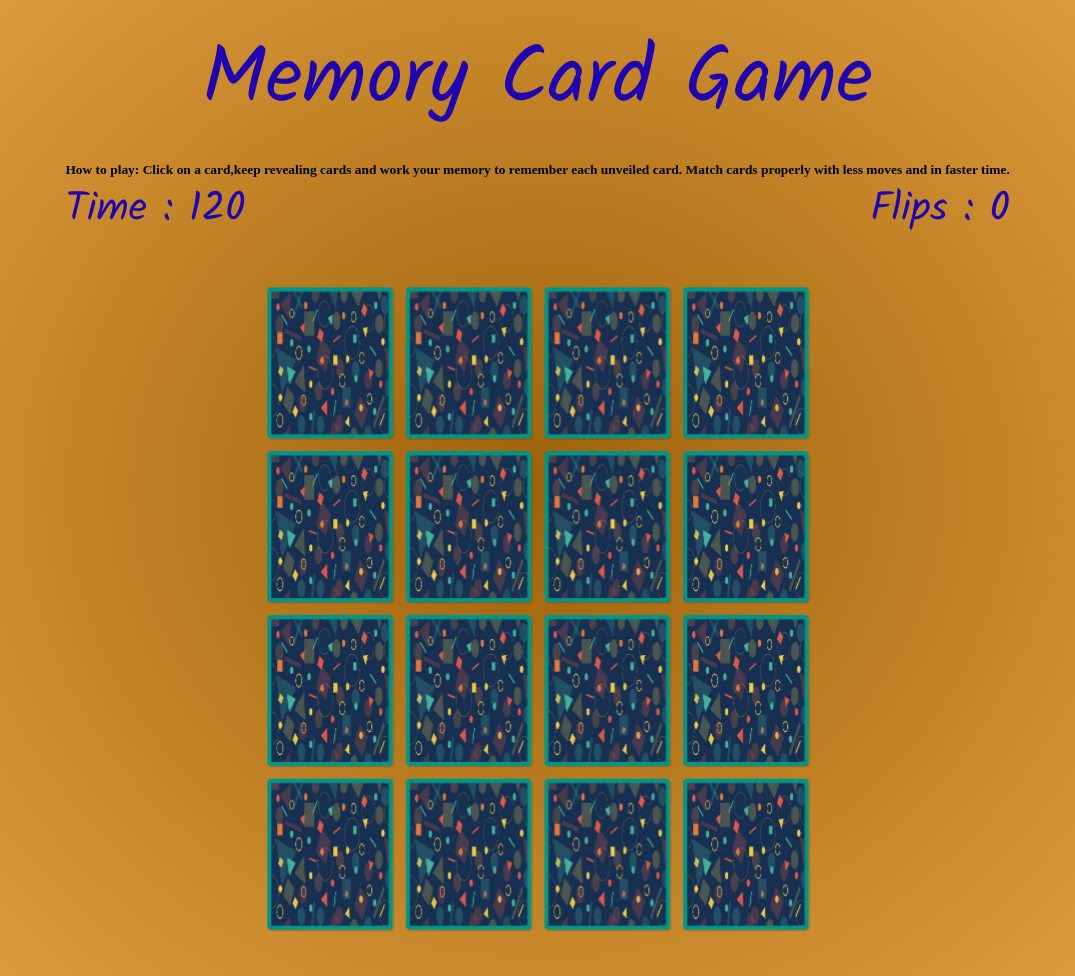
Repository: claudiadanaila1/Project-2--Interactive-FrontEnd---Memory-game
Page: index.html
The author's editor kept a record of every edit. The page is drawn from the files as they stood at one moment, then again after the next edit.
The browser window is 1280 px wide. The pictures show the whole page, at 84% of full size.

Above is the page before.

After the next edit:
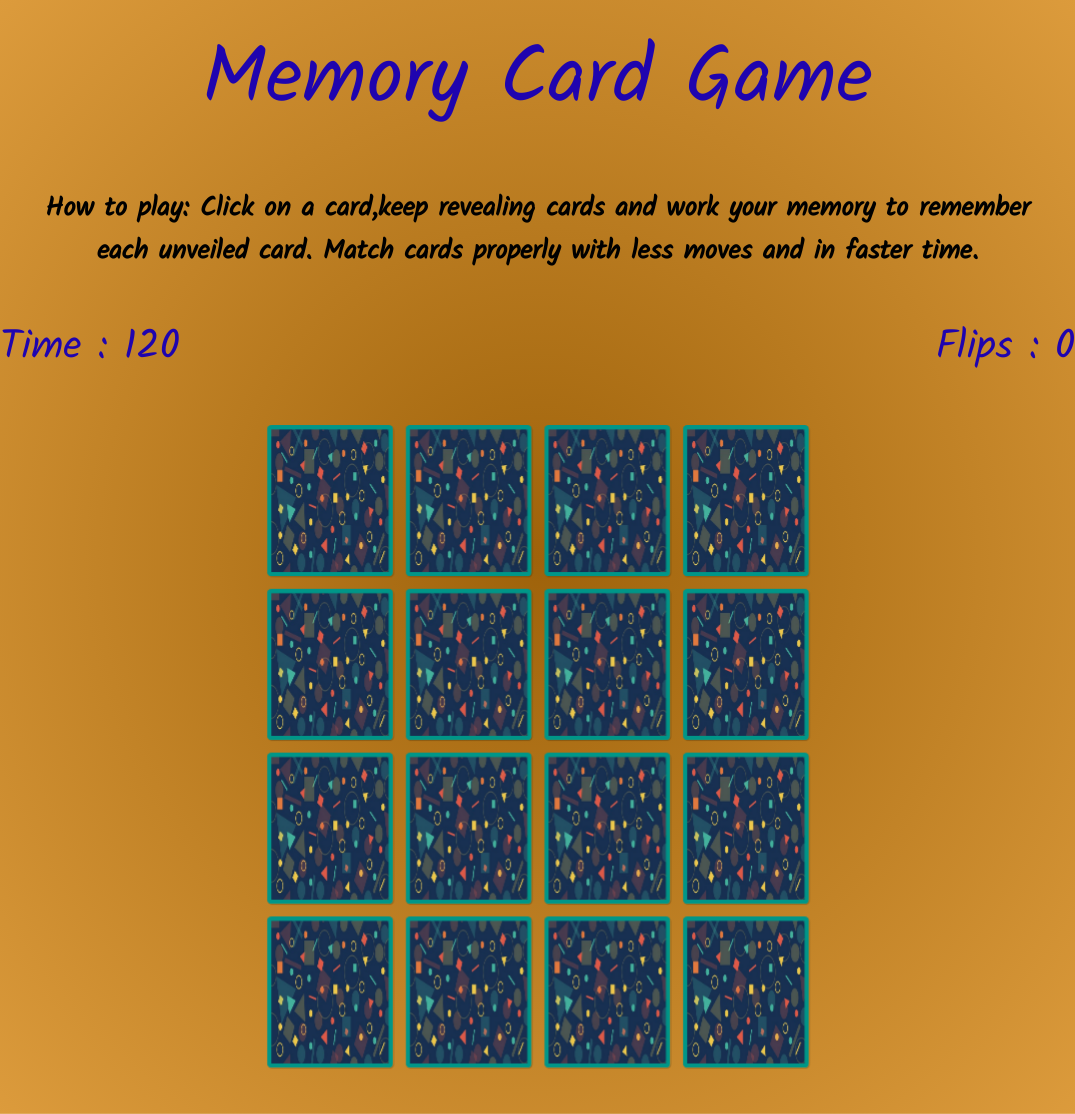
The edit:
--- a/css/style.css
+++ b/css/style.css
@@ -28,6 +28,14 @@
     font-weight: normal;
     color:#1f04af;
     margin:20px;
+}
+
+.sub-title {
+    font-family:"Kalam", sans-serif;
+    font-size:2em;
+    text-align: center;
+    color:black;
+    margin:50px;
 }
 
 .game-info-container {
